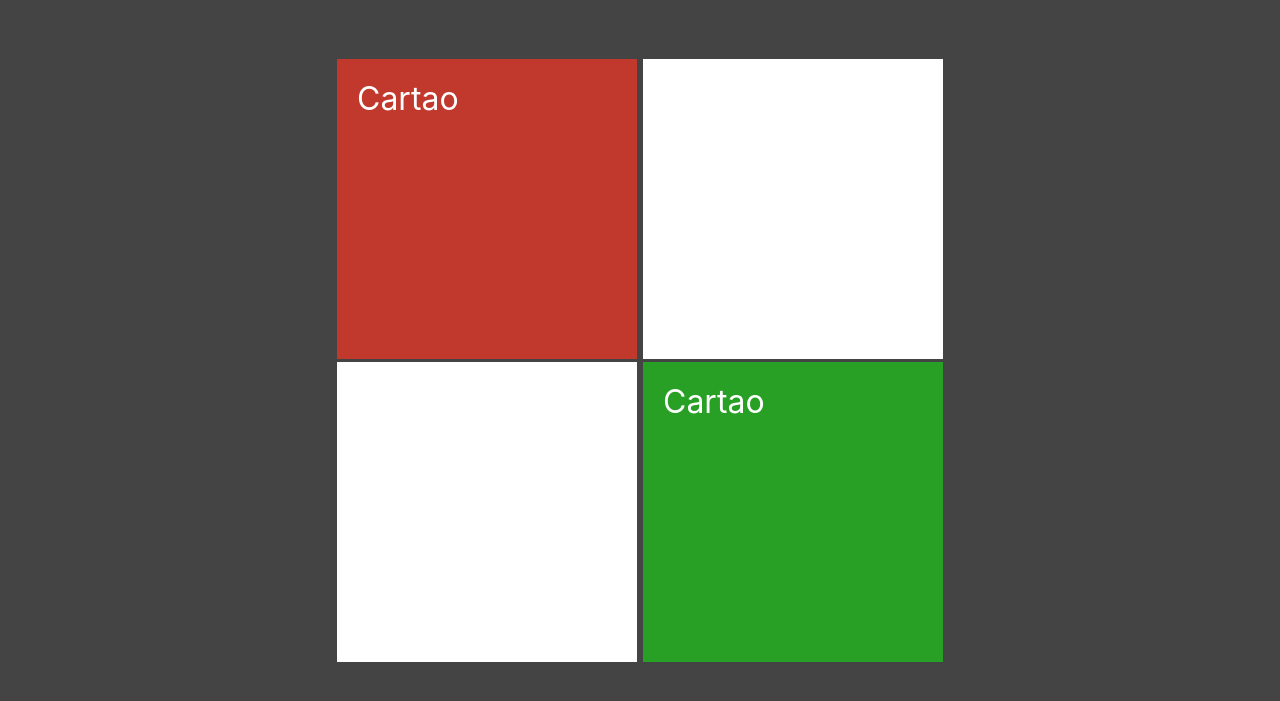
Repository: Mira757/Projeto-Porta-Premiada
Page: /
The author's editor kept a copy of each file at every save. The page is drawn from the files as they stood at one save, then again after the next save.
The browser window is 1280 px wide. The pictures show the whole page.
The project was rebuilt for these pictures with package versions that can differ from the ones it lists, and the page was loaded fresh each time. The framework's server and built-in components were replaced by stand-ins that run in the browser. Also part of the build but not shown: next.config.js.

Above is the page before, as saved 2022-03-22 18:35:26.

### pages/index.tsx
import styles from "../styles/Formulario.module.css"
import Cartao from "../components/Cartao"

export default function Formulario () {
  return (
    <div className={styles.formulario}>
    <div>
      <Cartao bgcolor="#c0392c"></Cartao>
      <Cartao></Cartao>
    </div>
    <div>
      <Cartao></Cartao>
      <Cartao bgcolor="#28a025"></Cartao>
    </div>
    </div>
  )
}

### styles/globals.css
html,
body {
  padding: 0;
  margin: 0;
  font-family: -apple-system, BlinkMacSystemFont, Segoe UI, Roboto, Oxygen,
    Ubuntu, Cantarell, Fira Sans, Droid Sans, Helvetica Neue, sans-serif;
  background-color: #444;
  color: #fff;
}

a {
  color: inherit;
  text-decoration: none;
}

* {
  box-sizing: border-box;
}

### styles/Formulario.module.css
.formulario {
  display: flex;
  justify-content: center;
  align-items: center;
  height: 100vh;
}

### components/Cartao.tsx
import styles from "../styles/Cartao.module.css"

interface CartaoProps {
  bgcolor?: string
  children?: any
}

export default function Cartao(props) {
  return (
    <div className={styles.cartao} style={{
      backgroundColor: props.bgcolor ?? "#fff"
    }}>
      Cartao
    </div>
  )
}

### styles/Cartao.module.css
.cartao {
  display: flex;
  width: 300px;
  height: 300px;
  color: #fff;
  font-size: 2rem;
  padding: 20px;
  margin: 3px;
}

Loaded but not shown: pages/_app.js (common file)

After the next save:
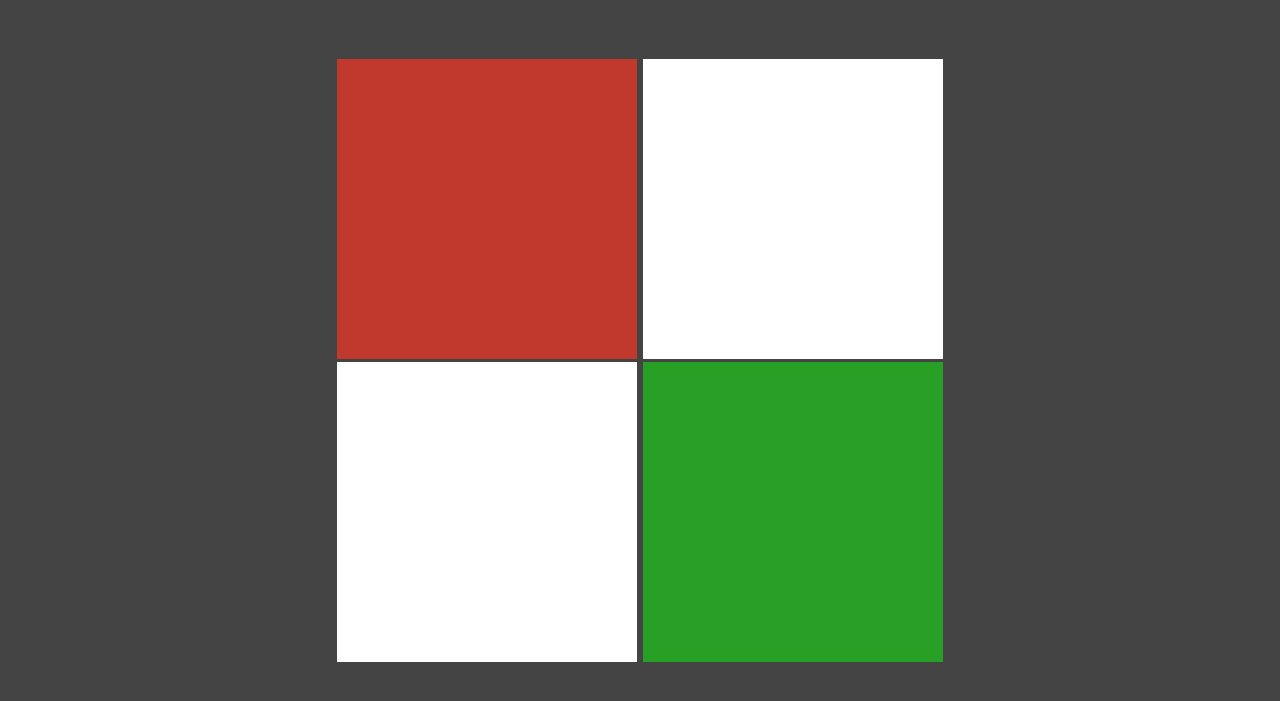
Saved 23 s later.
--- a/components/Cartao.tsx
+++ b/components/Cartao.tsx
@@ -10,7 +10,7 @@ export default function Cartao(props) {
     <div className={styles.cartao} style={{
       backgroundColor: props.bgcolor ?? "#fff"
     }}>
-      Cartao
+      {props.children}
     </div>
   )
 }
